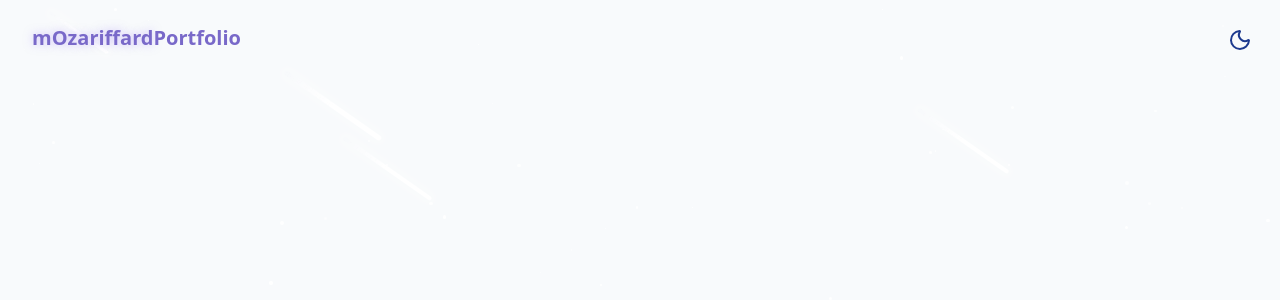
Repository: mOzariffard/Portfolio
Page: /
The author's editor kept a copy of each file at every save. The page is drawn from the files as they stood at one save, then again after the next save.
The browser window is 1280 px wide. The pictures show the whole page.
The project was rebuilt for these pictures with package versions that can differ from the ones it lists, and the page was loaded fresh each time. Also part of the build but not shown: vite.config.js, src/pages/NotFound.jsx.

Above is the page before, as saved 2025-06-28 20:45:59.

After the next save:
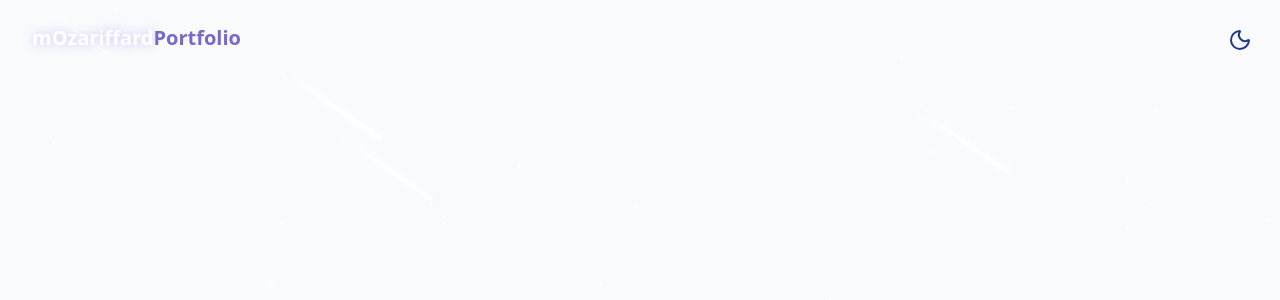
Saved 51 s later.
--- a/src/components/Navbar.jsx
+++ b/src/components/Navbar.jsx
@@ -29,7 +29,7 @@
         <div className='container flex items-center justify-between'>
             <a className='text-xl font-bold text-primary flex items-center'>
                 <span className='relative z-10'>
-                    <span className='text-glow text-foreground'>
+                    <span className='text-glow text-white'>
                         mOzariffard
                     </span>
                      Portfolio

After the save that followed:
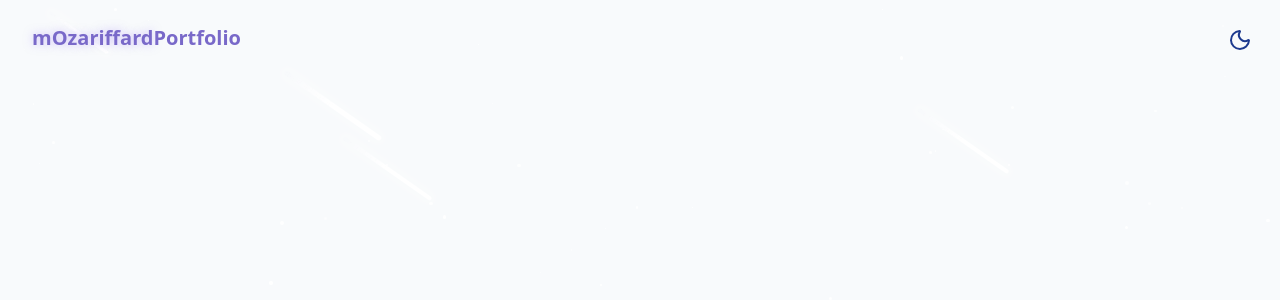
Saved 2 min 34 s later.
--- a/src/components/Navbar.jsx
+++ b/src/components/Navbar.jsx
@@ -29,7 +29,7 @@
         <div className='container flex items-center justify-between'>
             <a className='text-xl font-bold text-primary flex items-center'>
                 <span className='relative z-10'>
-                    <span className='text-glow text-white'>
+                    <span className='text-glow text-foreground'>
                         mOzariffard
                     </span>
                      Portfolio
